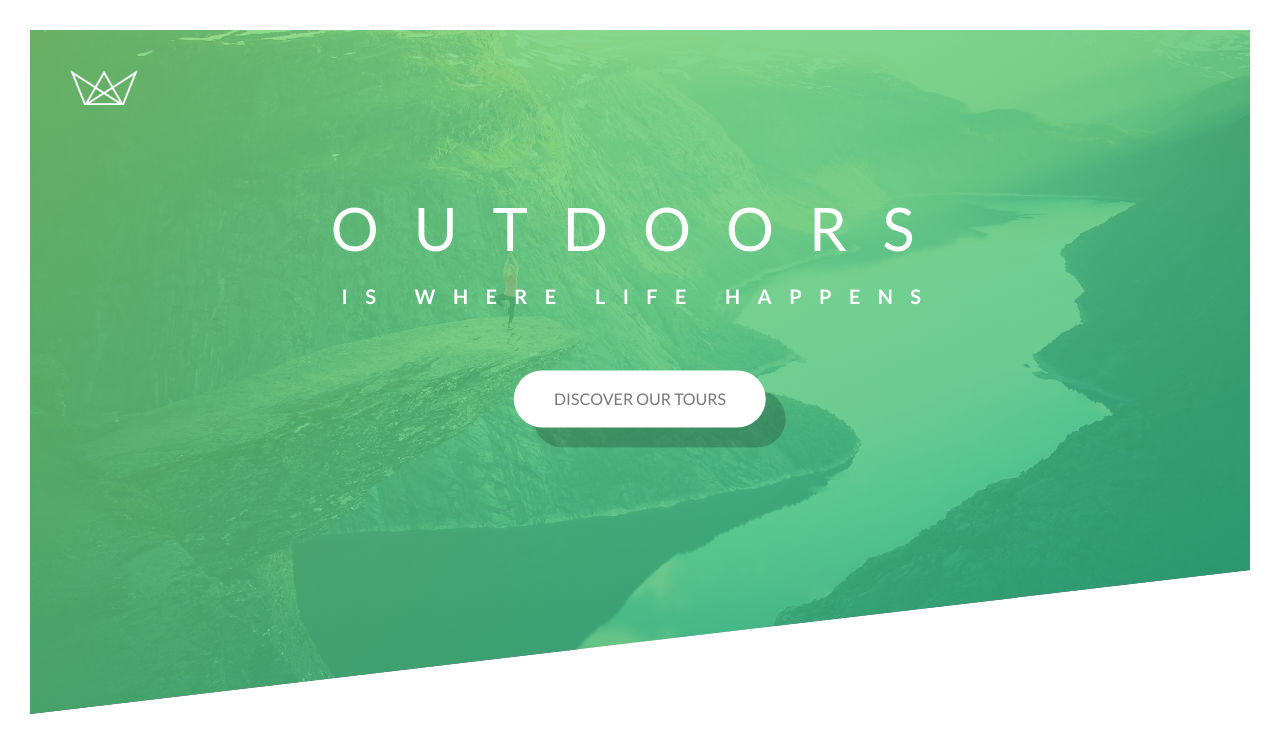
Repository: MalgorzataMazur/Natours
Page: index.html
The author's editor kept a copy of each file at every save. The page is drawn from the files as they stood at one save, then again after the next save.
The browser window is 1280 px wide. The pictures show the whole page.
The pointer rests on the first visible `.btn`.

Above is the page before, as saved 2020-01-13 00:32:49.

After the next save:
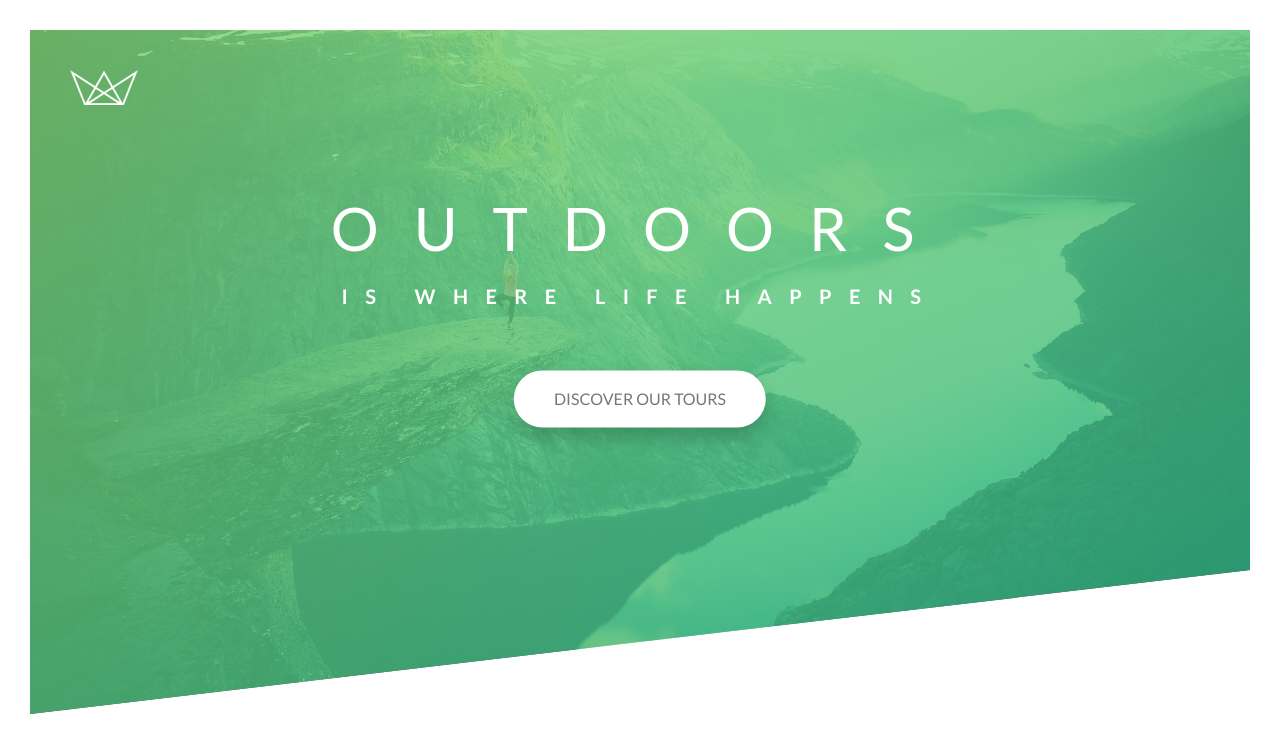
Saved 40 s later.
--- a/css/style.css
+++ b/css/style.css
@@ -134,12 +134,12 @@ body {
 
 .btn:hover {
     transform: translateY(-3px);                       /* element moves up */
-    box-shadow: 20px 20px 0px rgba(0, 0, 0,.2);                       /* move x, y, blur, color */
+    box-shadow: 0 10px 20px rgba(0, 0, 0,.2);                       /* move x, y, blur, color */
 }
 
 .btn:active {
     transform: translateY(-1px);
-    box-shadow: 0 5px 10px rgba(0, 0, 0,.2)
+    box-shadow: 10px 5px 10px rgba(0, 0, 0,.2)
 }
 .btn-white {
     background-color: #fff;
